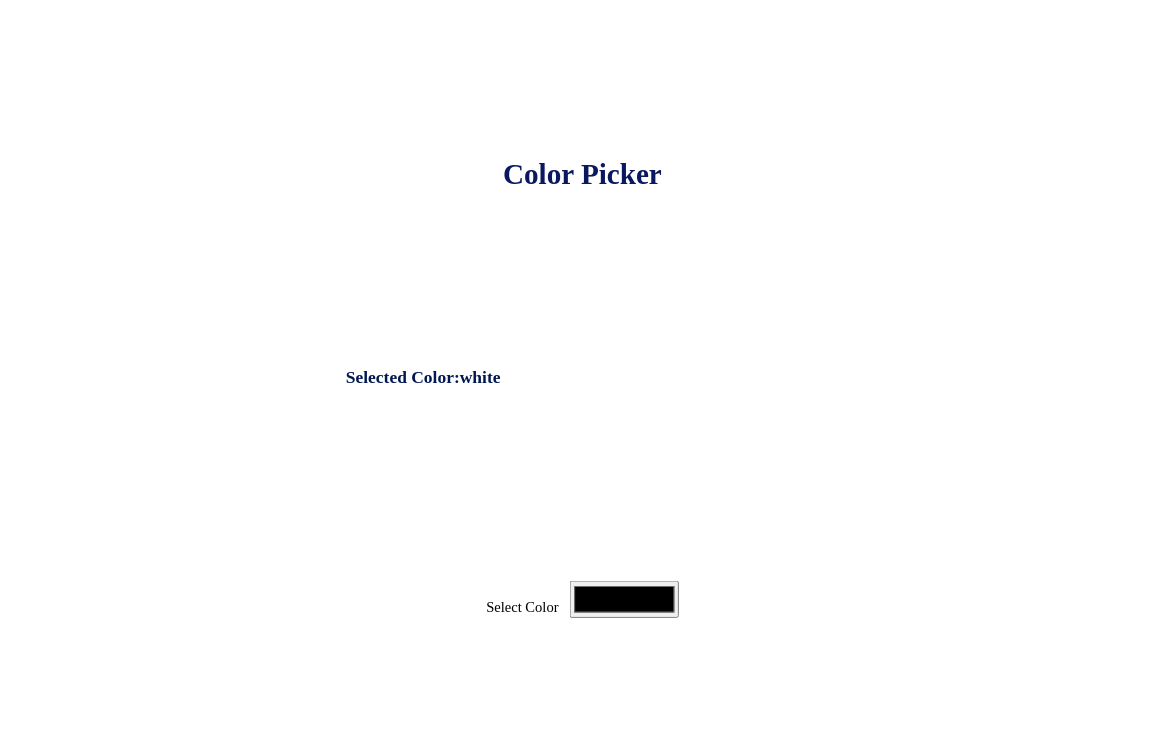
Repository: rkrukshan/Color-Picker--React-
Page: /
The author's editor kept a copy of each file at every save. The page is drawn from the files as they stood at one save, then again after a run of saves.
The browser window is 1280 px wide. The pictures show the whole page, at 91% of full size.
The project was rebuilt for these pictures with package versions that can differ from the ones it lists, and the page was loaded fresh each time. Also part of the build but not shown: vite.config.js.

Above is the page before, as saved 2024-07-21 18:35:30.

After the next 3 saves:
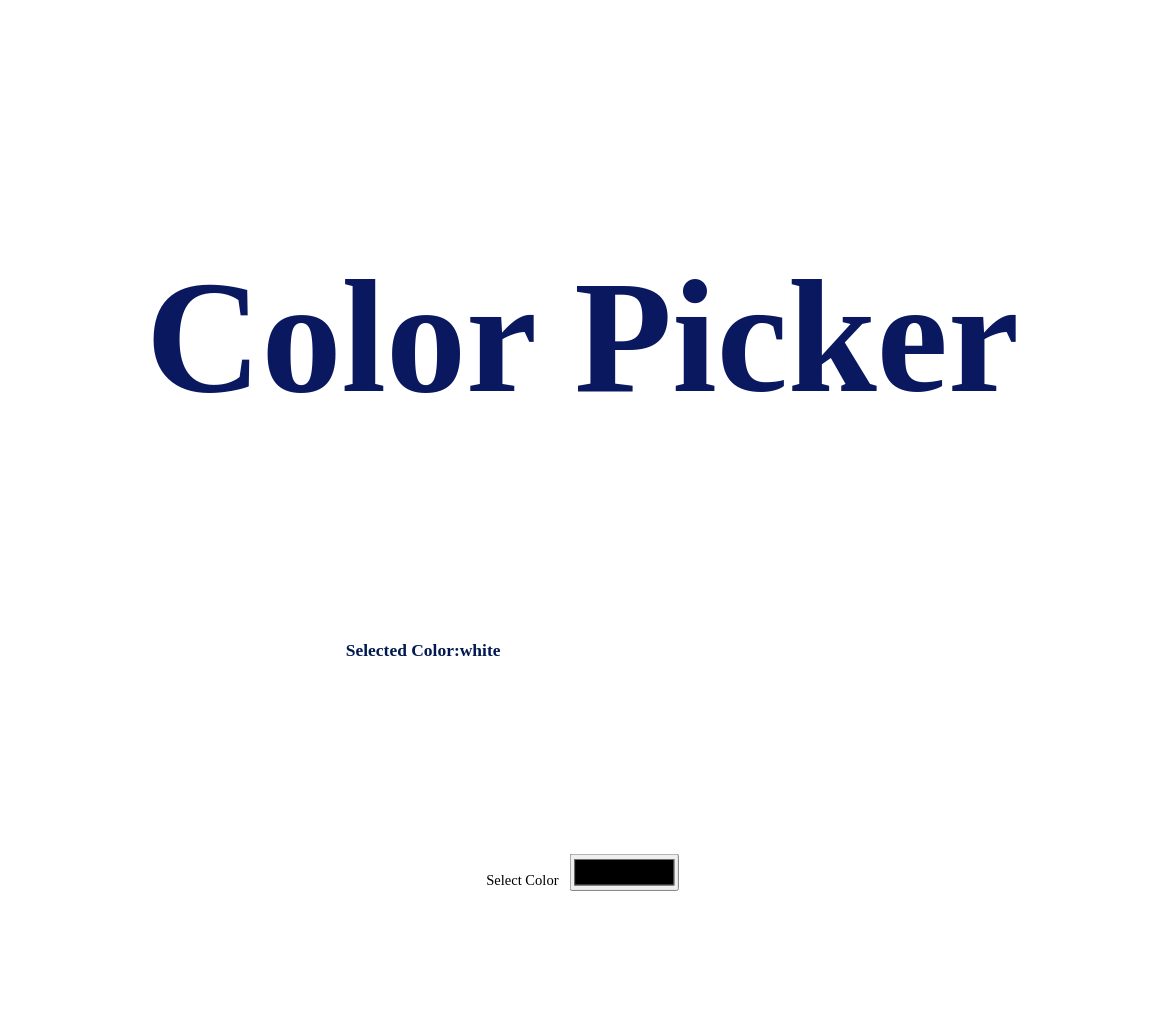
The 3 saves are shown as one change because they came seconds apart.
The last was saved 12 s later.
--- a/src/index.css
+++ b/src/index.css
@@ -4,7 +4,7 @@
 }
 .heading {
   color: rgb(10, 25, 95);
-  font-size: largerxx;
+  font-size: 11em;
 }
 .color-pad {
   margin-top: 5em;
